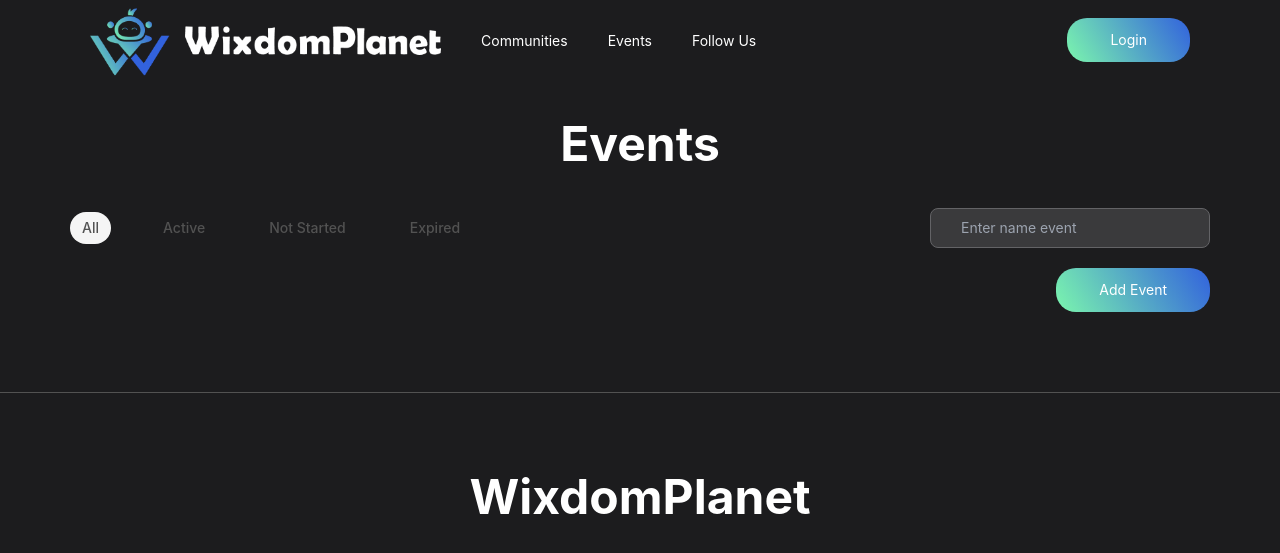
Repository: haudnn/WixdomPlanet-demo
Page: /
An editor plug-in stored every save of this project. The page is shown before and after the next save, followed by the edit.
The browser window is 1280 px wide. The pictures show the whole page.
The project was rebuilt for these pictures with package versions that can differ from the ones it lists, and the page was loaded fresh each time. Also part of the build but not shown: vite.config.js, src/utils/formatDate.js, src/features/Event/page/AddEvent.jsx, src/features/Event/components/EventItem.jsx.

Above is the page before, as saved 2023-02-03 16:16:44.

### src/App.jsx
import "./App.css";
import { BrowserRouter } from "react-router-dom";
import Header from "./components/Layout/Header";
import RoutesConfig from "./config/RoutesConfig";
import Footer from "./components/Layout/Footer";
function App() {
  return (
    <div className="App bg-[#1c1c1e] min-h-screen">
      <BrowserRouter>
        <Header />
        <RoutesConfig/>
        <Footer/>
      </BrowserRouter>
    </div>
  );
}

export default App;

### src/index.css
@tailwind base;
@tailwind components;
@tailwind utilities;

:root {
  font-family: Inter, system-ui, Avenir, Helvetica, Arial, sans-serif;
}

### src/App.css
.grid {
    width: 100% !important;
    display: block !important;
    padding: 0;
}

.grid.wide {
    max-width: 1200px;
    margin: 0 auto;
}

.row {
    display: flex;
    flex-wrap: wrap;
    margin-left: -4px;
    margin-right: -4px;
}

.row.no-gutters {
    margin-left: 0;
    margin-right: 0;
}

.col {
    padding-left: 4px;
    padding-right: 4px;
}

.row.no-gutters .col {
    padding-left: 0;
    padding-right: 0;
}

.c-0 {
    display: none;
}

.c-1 {
    flex: 0 0 8.33333%;
    max-width: 8.33333%;
}

.c-2 {
    flex: 0 0 16.66667%;
    max-width: 16.66667%;
}

.c-3 {
    flex: 0 0 25%;
    max-width: 25%;
}

.c-4 {
    flex: 0 0 33.33333%;
    max-width: 33.33333%;
}

.c-5 {
    flex: 0 0 41.66667%;
    max-width: 41.66667%;
}

.c-6 {
    flex: 0 0 50%;
    max-width: 50%;
}

.c-7 {
    flex: 0 0 58.33333%;
    max-width: 58.33333%;
}

.c-8 {
    flex: 0 0 66.66667%;
    max-width: 66.66667%;
}

.c-9 {
    flex: 0 0 75%;
    max-width: 75%;
}

.c-10 {
    flex: 0 0 83.33333%;
    max-width: 83.33333%;
}

.c-11 {
    flex: 0 0 91.66667%;
    max-width: 91.66667%;
}

.c-12 {
    flex: 0 0 100%;
    max-width: 100%;
}

.c-o-1 {
    margin-left: 8.33333%;
}

.c-o-2 {
    margin-left: 16.66667%;
}

.c-o-3 {
    margin-left: 25%;
}

.c-o-4 {
    margin-left: 33.33333%;
}

.c-o-5 {
    margin-left: 41.66667%;
}

.c-o-6 {
    margin-left: 50%;
}

.c-o-7 {
    margin-left: 58.33333%;
}

.c-o-8 {
    margin-left: 66.66667%;
}

.c-o-9 {
    margin-left: 75%;
}

.c-o-10 {
    margin-left: 83.33333%;
}

.c-o-11 {
    margin-left: 91.66667%;
}

/* >= Tablet */
@media (min-width: 740px) {
    .row {
        margin-left: -8px;
        margin-right: -8px;
    }

    .col {
        padding-left: 8px;
        padding-right: 8px;
    }

    .m-0 {
        display: none;
    }

    .m-1,
    .m-2,
    .m-3,
    .m-4,
    .m-5,
    .m-6,
    .m-7,
    .m-8,
    .m-9,
    .m-10,
    .m-11,
    .m-12 {
        display: block;
    }

    .m-1 {
        flex: 0 0 8.33333%;
        max-width: 8.33333%;
    }

    .m-2 {
        flex: 0 0 16.66667%;
        max-width: 16.66667%;
    }

    .m-3 {
        flex: 0 0 25%;
        max-width: 25%;
    }

    .m-4 {
        flex: 0 0 33.33333%;
        max-width: 33.33333%;
    }

    .m-5 {
        flex: 0 0 41.66667%;
        max-width: 41.66667%;
    }

    .m-6 {
        flex: 0 0 50%;
        max-width: 50%;
    }

    .m-7 {
        flex: 0 0 58.33333%;
        max-width: 58.33333%;
    }

    .m-8 {
        flex: 0 0 66.66667%;
        max-width: 66.66667%;
    }

    .m-9 {
        flex: 0 0 75%;
        max-width: 75%;
    }

    .m-10 {
        flex: 0 0 83.33333%;
        max-width: 83.33333%;
    }

    .m-11 {
        flex: 0 0 91.66667%;
        max-width: 91.66667%;
    }

    .m-12 {
        flex: 0 0 100%;
        max-width: 100%;
    }

    .m-o-1 {
        margin-left: 8.33333%;
    }

    .m-o-2 {
        margin-left: 16.66667%;
    }

    .m-o-3 {
        margin-left: 25%;
    }

    .m-o-4 {
        margin-left: 33.33333%;
    }

    .m-o-5 {
        margin-left: 41.66667%;
    }

    .m-o-6 {
        margin-left: 50%;
    }

    .m-o-7 {
        margin-left: 58.33333%;
    }

    .m-o-8 {
        margin-left: 66.66667%;
    }

    .m-o-9 {
        margin-left: 75%;
    }

    .m-o-10 {
        margin-left: 83.33333%;
    }

    .m-o-11 {
        margin-left: 91.66667%;
    }
}

/* PC medium resolution > */
@media (min-width: 1113px) {
    .row {
        margin-left: -12px;
        margin-right: -12px;
    }

    .row.sm-gutter {
        margin-left: -5px;
        margin-right: -5px;
    }

    .col {
        padding-left: 12px;
        padding-right: 12px;
    }

    .row.sm-gutter .col {
        padding-left: 5px;
        padding-right: 5px;
    }

    .l-0 {
        display: none;
    }

    .l-1,
    .l-2,
    .l-2-4,
    .l-3,
    .l-4,
    .l-5,
    .l-6,
    .l-7,
    .l-8,
    .l-9,
    .l-10,
    .l-11,
    .l-12 {
        display: block;
    }

    .l-1 {
        flex: 0 0 8.33333%;
        max-width: 8.33333%;
    }

    .l-2 {
        flex: 0 0 16.66667%;
        max-width: 16.66667%;
    }

    .l-2-4 {
        flex: 0 0 20%;
        max-width: 20%;
    }

    .l-3 {
        flex: 0 0 25%;
        max-width: 25%;
    }

    .l-4 {
        flex: 0 0 33.33333%;
        max-width: 33.33333%;
    }

    .l-5 {
        flex: 0 0 41.66667%;
        max-width: 41.66667%;
    }

    .l-6 {
        flex: 0 0 50%;
        max-width: 50%;
    }

    .l-7 {
        flex: 0 0 58.33333%;
        max-width: 58.33333%;
    }

    .l-8 {
        flex: 0 0 66.66667%;
        max-width: 66.66667%;
    }

    .l-9 {
        flex: 0 0 75%;
        max-width: 75%;
    }

    .l-10 {
        flex: 0 0 83.33333%;
        max-width: 83.33333%;
    }

    .l-11 {
        flex: 0 0 91.66667%;
        max-width: 91.66667%;
    }

    .l-12 {
        flex: 0 0 100%;
        max-width: 100%;
    }

    .l-o-1 {
        margin-left: 8.33333%;
    }

    .l-o-2 {
        margin-left: 16.66667%;
    }

    .l-o-3 {
        margin-left: 25%;
    }

    .l-o-4 {
        margin-left: 33.33333%;
    }

    .l-o-5 {
        margin-left: 41.66667%;
    }

    .l-o-6 {
        margin-left: 50%;
    }

    .l-o-7 {
        margin-left: 58.33333%;
    }

    .l-o-8 {
        margin-left: 66.66667%;
    }

    .l-o-9 {
        margin-left: 75%;
    }

    .l-o-10 {
        margin-left: 83.33333%;
    }

    .l-o-11 {
        margin-left: 91.66667%;
    }
}

/* Tablet - PC low resolution */
@media (min-width: 740px) and (max-width: 1023px) {
    .wide {
        width: 644px;
    }
}

/* > PC low resolution */
@media (min-width: 1024px) and (max-width: 1239px) {
    .wide {
        width: 984px;
    }

    .wide .row {
        margin-left: -12px;
        margin-right: -12px;
    }

    .wide .row.sm-gutter {
        margin-left: -5px;
        margin-right: -5px;
    }

    .wide .col {
        padding-left: 12px;
        padding-right: 12px;
    }

    .wide .row.sm-gutter .col {
        padding-left: 5px;
        padding-right: 5px;
    }

    .wide .l-0 {
        display: none;
    }

    .wide .l-1,
    .wide .l-2,
    .wide .l-2-4,
    .wide .l-3,
    .wide .l-4,
    .wide .l-5,
    .wide .l-6,
    .wide .l-7,
    .wide .l-8,
    .wide .l-9,
    .wide .l-10,
    .wide .l-11,
    .wide .l-12 {
        display: block;
    }

    .wide .l-1 {
        flex: 0 0 8.33333%;
        max-width: 8.33333%;
    }

    .wide .l-2 {
        flex: 0 0 16.66667%;
        max-width: 16.66667%;
    }

    .wide .l-2-4 {
        flex: 0 0 20%;
        max-width: 20%;
    }

    .wide .l-3 {
        flex: 0 0 25%;
        max-width: 25%;
    }

    .wide .l-4 {
        flex: 0 0 33.33333%;
        max-width: 33.33333%;
    }

    .wide .l-5 {
        flex: 0 0 41.66667%;
        max-width: 41.66667%;
    }

    .wide .l-6 {
        flex: 0 0 50%;
        max-width: 50%;
    }

    .wide .l-7 {
        flex: 0 0 58.33333%;
        max-width: 58.33333%;
    }

    .wide .l-8 {
        flex: 0 0 66.66667%;
        max-width: 66.66667%;
    }

    .wide .l-9 {
        flex: 0 0 75%;
        max-width: 75%;
    }

    .wide .l-10 {
        flex: 0 0 83.33333%;
        max-width: 83.33333%;
    }

    .wide .l-11 {
        flex: 0 0 91.66667%;
        max-width: 91.66667%;
    }

    .wide .l-12 {
        flex: 0 0 100%;
        max-width: 100%;
    }

    .wide .l-o-1 {
        margin-left: 8.33333%;
    }

    .wide .l-o-2 {
        margin-left: 16.66667%;
    }

    .wide .l-o-3 {
        margin-left: 25%;
    }

    .wide .l-o-4 {
        margin-left: 33.33333%;
    }

    .wide .l-o-5 {
        margin-left: 41.66667%;
    }

    .wide .l-o-6 {
        margin-left: 50%;
    }

    .wide .l-o-7 {
        margin-left: 58.33333%;
    }

    .wide .l-o-8 {
        margin-left: 66.66667%;
    }

    .wide .l-o-9 {
        margin-left: 75%;
    }

    .wide .l-o-10 {
        margin-left: 83.33333%;
    }

    .wide .l-o-11 {
        margin-left: 91.66667%;
    }
}

### src/components/Layout/Header.jsx
import React from 'react'
import { Link } from 'react-router-dom'
import logo from "../../assets/imgs/logo.png"
const Header = () => {
  return (
    <header className='h-[80px]'>
        <div className='max-w-[1140px] my-0 mx-auto h-full px-5'>
            <div className='flex items-center justify-between h-full'>
                <div className='flex items-center gap-x-10'>
                    <div className='h-[80px]'>
                        <Link to="/">
                            <img src={logo} alt="Logo" className='w-full h-full object-cover' />
                        </Link>
                    </div>
                    <ul className='flex items-center gap-x-10'>
                        <li>
                            <Link className='text-sm text-white' to="/communities">Communities</Link>
                        </li>
                        <li>
                            <Link className='text-sm text-white' to="/events">Events</Link>
                        </li>
                        <li>
                            <Link className='text-sm text-white' to="/follow">Follow Us</Link>
                        </li>
                    </ul>
                </div>
                <button style={{background: "linear-gradient(239deg,#3262dd,#7af4ae 98.78%)"}} className='text-sm text-white rounded-[20px] py-3 px-[43px]'>
                    <Link to="/login">Login</Link>
                </button>
            </div>
        </div>
    </header>
  )
}

export default Header

### src/config/RoutesConfig.jsx
import { Routes, Route } from 'react-router-dom';
import routes from '../constants/routes';
function RoutesConfig() {
  return (
    <Routes>
      {routes.map(({ path, component }) => (
        <Route key={path} path={path} element={component} />
      ))}
    </Routes>
  );
}
export default RoutesConfig;

### src/components/Layout/Footer.jsx
import React from 'react'

const Footer = () => {
  return (
    <footer className='border-t border-solid border-[#525252]'>
        <div className='max-w-[1140px] my-0 mx-auto px-5'>
            <div className="pt-[80px] pb-[48px] text-center text-white text-5xl font-bold">
               WixdomPlanet
            </div>
        </div>
    </footer>
  )
}

export default Footer

### src/constants/routes.jsx
import AddEvent from "../features/Event/page/AddEvent";
import Home from "../features/Home";

const routes = [
    {
      path: '/',
      component: <Home/>,
    },
    {
        path: '/add',
        component: <AddEvent/>,
      },
]
export default routes;

### src/features/Home.jsx
import React from "react";
import Event from "./Event/page/Event";

const Home = () => {
  return (
    <section className="home py-10 max-w-[1140px] my-0 mx-auto">
      <div className="text-center">
        <span className="text-white font-bold text-5xl ">Events</span>
      </div>
      <div className="mt-10 flex items-center justify-between">
        <ul className="flex items-center gap-x-10">
          <li className="bg-[#f5f5f5] rounded-[100px] font-medium text-[#525252] px-3 py-[6px] cursor-pointer text-sm">
            All
          </li>
          <li className="font-medium text-[#525252] px-3 py-[6px] cursor-pointer text-sm">
            Active
          </li>
          <li className="font-medium text-[#525252] px-3 py-[6px] cursor-pointer text-sm">
            Not Started
          </li>
          <li className="font-medium text-[#525252] px-3 py-[6px] cursor-pointer text-sm">
            Expired
          </li>
        </ul>
        <div className="w-[280px]">
          <input
            type="text"
            placeholder="Enter name event"
            className="text-sm pl-[30px] pr-[15px] h-10 leading-10 border border-solid border-[#636366] inline-block w-full bg-[#3a3a3c] rounded-lg text-white"
          />
        </div>
      </div>
      <div className="mt-5">
        <Event />
      </div>
    </section>
  );
};

export default Home;

### src/features/Event/page/Event.jsx
import { Link } from "react-router-dom";
import EventItem from "../components/EventItem";
import React, { useEffect, useState } from "react";
const Event = () => {
  const [events, setEvents] = useState([]);
  useEffect(() => {
    const isEnventList = JSON.parse(localStorage.getItem('eventList'));
    if (!isEnventList) {
        localStorage.setItem("eventList", JSON.stringify([]))
    }
    else{
        setEvents(isEnventList)
    }
  }, []);
  return (
    <div className="event">
      <div className="mb-10 flex justify-end">
        <button
          style={{
            background: "linear-gradient(239deg,#3262dd,#7af4ae 98.78%)",
          }}
          className="text-sm text-white rounded-[20px] py-3 px-[43px]"
        >
          <Link to="/add">Add Event</Link>
        </button>
      </div>
      <div className="grid">
        <div className="row">
          {
            events.map((event, i) => (
              <EventItem
                key={i}
                name={event.name}
                reward={event.reward}
                file={event.file}
                introduction={event.introduction}
                during={event.during}
              ></EventItem>
            ))
          }
        </div>
      </div>
    </div>
  );
};

export default Event;

Loaded but not shown: index.html (common file); src/main.jsx (common file); tailwind.config.cjs (common file)

After the next save:
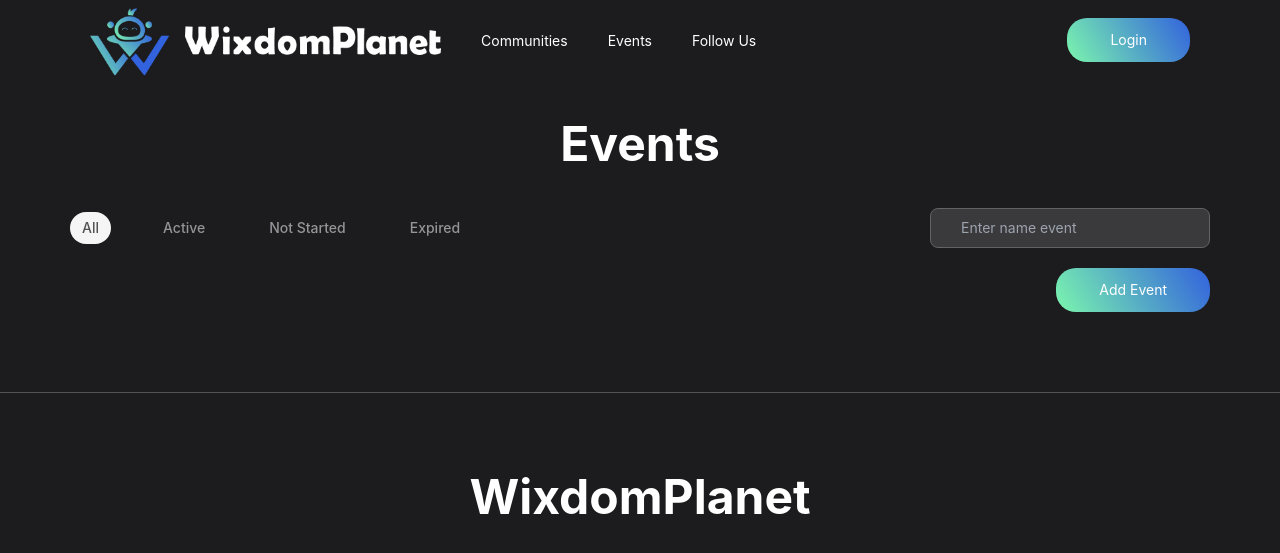
Saved 26 s later.
--- a/src/features/Home.jsx
+++ b/src/features/Home.jsx
@@ -12,13 +12,13 @@
           <li className="bg-[#f5f5f5] rounded-[100px] font-medium text-[#525252] px-3 py-[6px] cursor-pointer text-sm">
             All
           </li>
-          <li className="font-medium text-[#525252] px-3 py-[6px] cursor-pointer text-sm">
+          <li className="font-medium text-[#949499] px-3 py-[6px] cursor-pointer text-sm">
             Active
           </li>
-          <li className="font-medium text-[#525252] px-3 py-[6px] cursor-pointer text-sm">
+          <li className="font-medium text-[#949499] px-3 py-[6px] cursor-pointer text-sm">
             Not Started
           </li>
-          <li className="font-medium text-[#525252] px-3 py-[6px] cursor-pointer text-sm">
+          <li className="font-medium text-[#949499] px-3 py-[6px] cursor-pointer text-sm">
             Expired
           </li>
         </ul>
